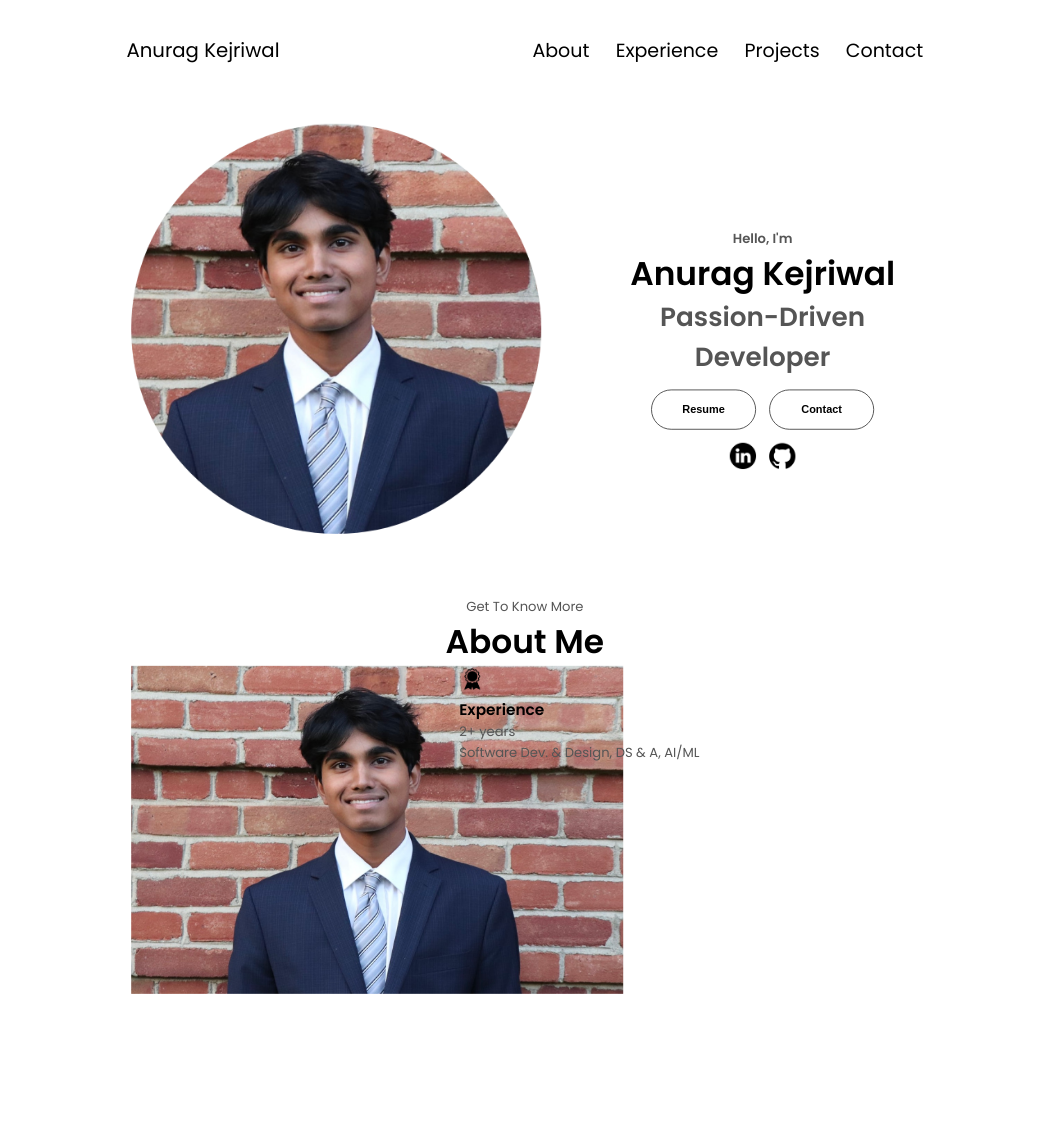
Repository: anuragkej/OldPortfolio
Page: index.html
These files come from the project's save history. The page is drawn as it stood at one moment and after the next save; the edit follows.
The browser window is 1280 px wide. The pictures show the whole page, at 82% of full size.

Above is the page before, as saved 2024-05-25 22:40:07.

After the next save:
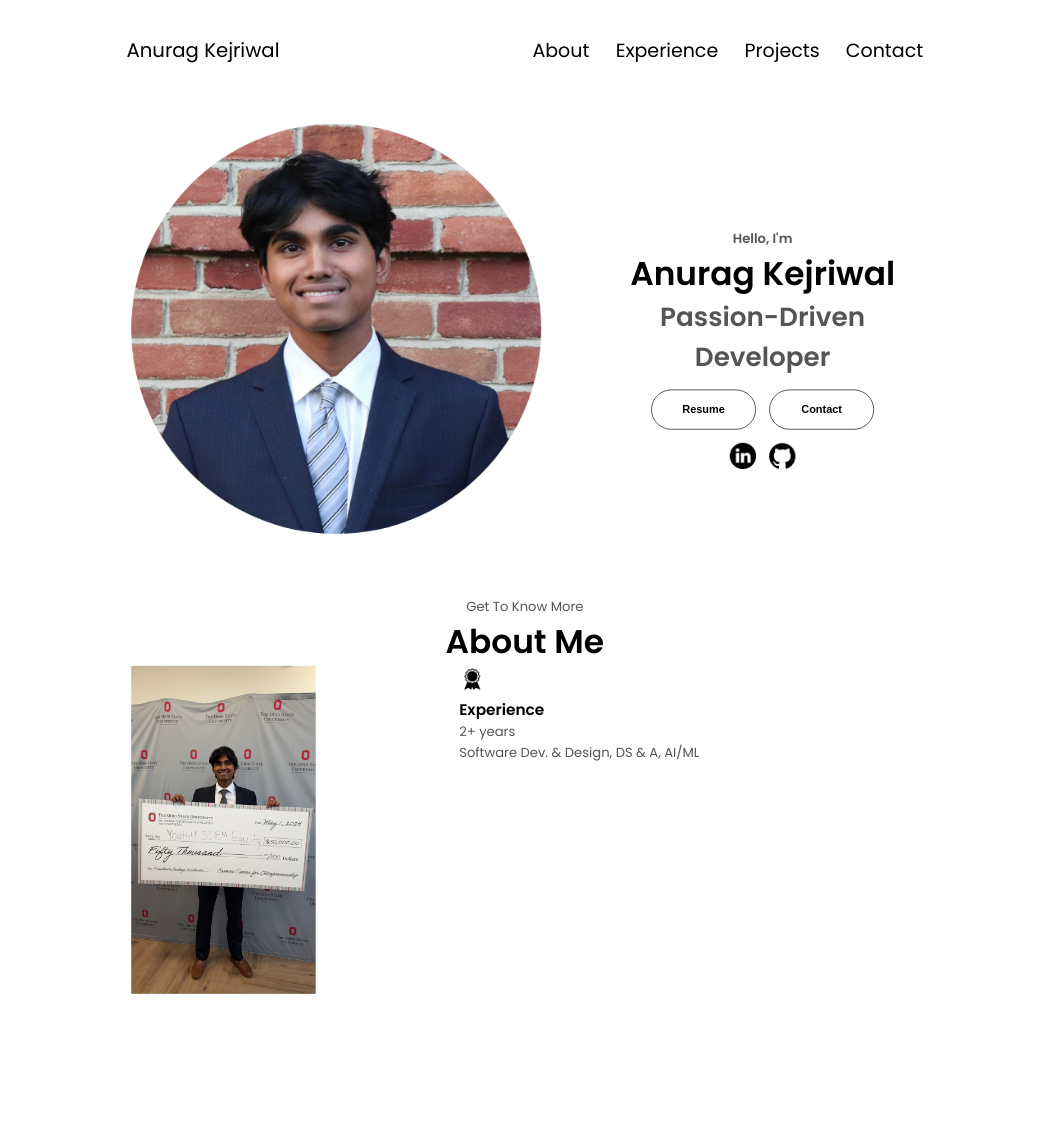
Saved 41 s later.
--- a/index.html
+++ b/index.html
@@ -62,7 +62,7 @@
         <h1 class="title">About Me</h1>
         <div class="section-container">
         <div class="section__pic-container">
-            <img src="./assets/20231026_132825_F9CEAA.jpeg" alt="Profile Picture" class="about-pic"/>
+            <img src="./assets/C23811E8-B0AA-41C0-A388-0D1A00199B9A_1_102_o.jpeg" alt="Profile Picture" class="about-pic"/>
         </div>
         <div class="about-details-container">
             <div class="about-containers">
